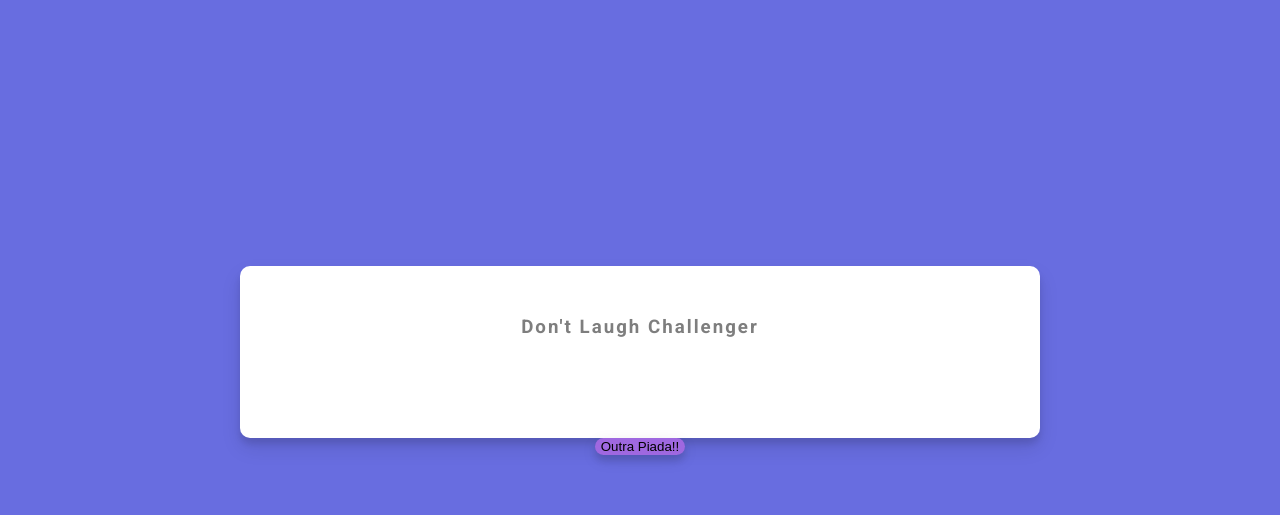
Repository: Williamlmachado/Dad-Jokes
Page: index.html
The author's editor kept a copy of each file at every save. The page is drawn from the files as they stood at one save, then again after the next save.
The browser window is 1280 px wide. The pictures show the whole page.

Above is the page before, as saved 2021-08-21 13:00:42.

### index.html
<!DOCTYPE html>
<html lang="en">
    <head>
        <meta charset="UTF-8"/>
        <meta name="viewport" content="width=device-width, initial-scale=1.0"/>
        <link rel="stylesheet" href="style.css"/>
        <title>JoK3s</title>
    </head>
    <body>
        <div class="container">
            <h3>Don't Laugh Challenger</h3>
            <div id="joke" class="joke"></div>
        </div>
        <button id="jokeBtn" class="btn">Outra Piada!!</button>
        <script></script>
    </body>
</html>

### style.css
@import url('https://fonts.googleapis.com/css2?family=Roboto:wght@400;700&display=swap');

* {
  box-sizing: border-box;
}

body {
  background-color: #686de0;
  font-family: 'Roboto', sans-serif;
  display: flex;
  flex-direction: column;
  align-items: center;
  justify-content: center;
  height: 100vh;
  overflow: hidden;
  margin: 0;
  padding: 20px;
}
.container{
    background-color: white;
    border-radius: 10px;
    box-shadow: 0 10px 20px rgba(0, 0, 0, 0.1), 0 6px 6px rgba(0, 0, 0, 0.1);
    padding: 50px 20px;
    text-align: center;
    max-width: 100%;
    width: 800px;
}
h3{
    margin: 0;
    opacity: 0.5;
    letter-spacing: 2px;
}
.joke{
    font-size: 30px;
    letter-spacing: 1px;
    line-height: 40px;
    margin: 50px auto;
    max-width: 600px;
}
.btn{
    background-color: #9f68E0;
    border: 0;
    border-radius: 10px;
    box-shadow: 0 5px 15px rgba(0, 0, 0, 0.1), 0 6px 6px rgba(0, 0, 0, 0.1);

}

After the next save:
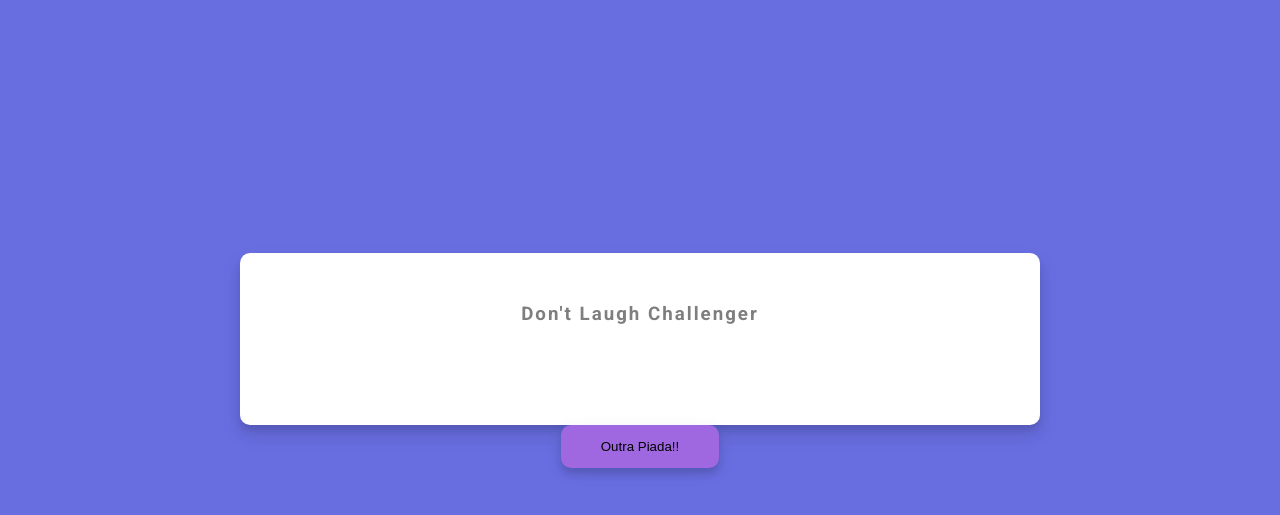
Saved 19 s later.
--- a/style.css
+++ b/style.css
@@ -42,5 +42,6 @@ h3{
     border: 0;
     border-radius: 10px;
     box-shadow: 0 5px 15px rgba(0, 0, 0, 0.1), 0 6px 6px rgba(0, 0, 0, 0.1);
-
+    padding: 14px 40px;
+    font-size: ;
 }
